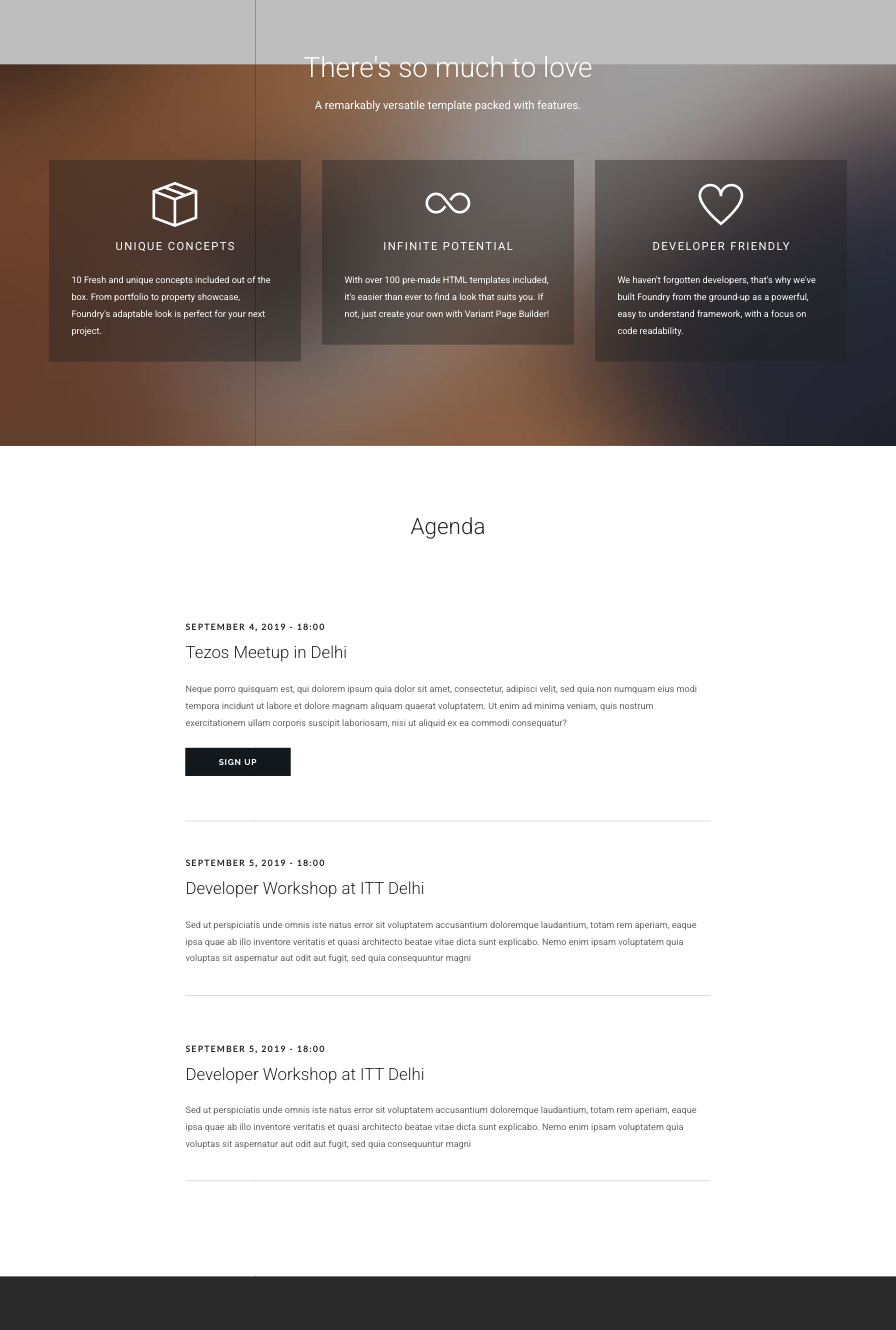
Repository: Tezos-India-Foundation/TIF-Website
Page: Tezos India Website/page.html
The author's editor kept a copy of each file at every save. The page is drawn from the files as they stood at one save, then again after the next save.
The browser window is 1280 px wide. The pictures show the part of the page from y = 1088 to 2988 px (the page is 4061 px tall before and 4205 px after), at 70% of full size.
A picture or video elsewhere on the page could not be fetched, so the positions and the page height are approximate.

Above is the page before, as saved 2019-08-13 03:57:30.

After the next save:
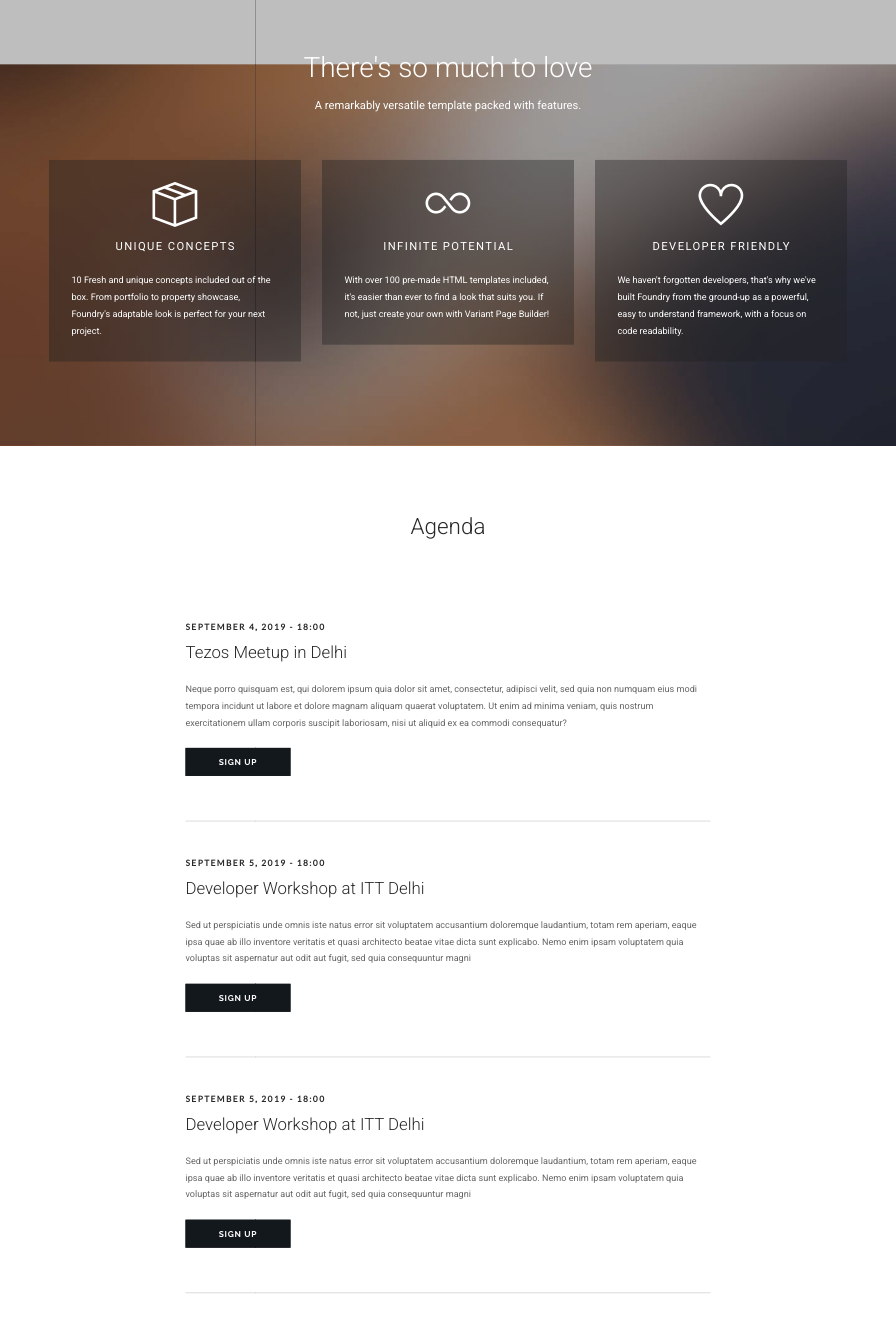
Saved 39 s later.
--- a/Tezos India Website/page.html
+++ b/Tezos India Website/page.html
@@ -230,7 +230,8 @@
 												explicabo. Nemo enim ipsam voluptatem quia voluptas sit aspernatur aut
 												odit aut fugit, sed quia consequuntur magni
 											</p>
-											<hr class="mt40 mb40 mt-xs-0 mb-xs-24">
+											<a class="mt20 mb20 btn btn-filled" target="_blank" href="https://berndoostrum.typeform.com/to/sGThtu">Sign Up</a>
+											<hr class="mt40 mb20 mt-xs-0 mb-xs-24">
 										</div>
 										<div>
 											<div class="overflow-hidden">
@@ -247,7 +248,8 @@
 												explicabo. Nemo enim ipsam voluptatem quia voluptas sit aspernatur aut
 												odit aut fugit, sed quia consequuntur magni
 											</p>
-											<hr class="mt40 mb40 mt-xs-0 mb-xs-24">
+											<a class="mt20 mb20 btn btn-filled" target="_blank" href="https://berndoostrum.typeform.com/to/sGThtu">Sign Up</a>
+											<hr class="mt40 mb20 mt-xs-0 mb-xs-24">
 										</div>
 									</div>
 
